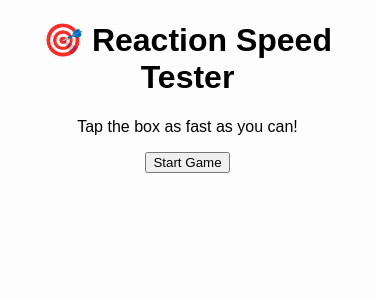
Repository: alokanand524/anand-portfolio
Page: games/emoji-memory/index.html
The author's editor kept a copy of each file at every save. The page is drawn from the files as they stood at one save, then again after the next save.
The browser window is 375 px wide. The pictures show the whole page.

Above is the page before, as saved 2025-07-31 14:40:19.

After the next save:
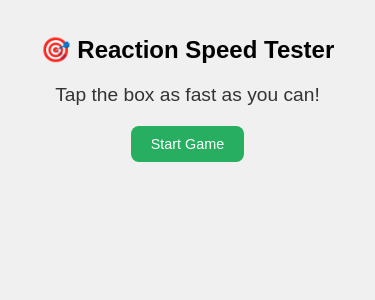
Saved 2 s later.
--- a/games/emoji-memory/style.css
+++ b/games/emoji-memory/style.css
@@ -1,98 +1,75 @@
 body {
-  font-family: sans-serif;
-  background: #fdfdfd;
+  font-family: 'Arial', sans-serif;
+  margin: 0;
+  padding: 0;
+  background: #f0f0f0;
   text-align: center;
-  margin: 0;
+}
+
+.container {
+  padding: 20px;
+  max-width: 500px;
+  margin: auto;
+}
+
+h1 {
+  font-size: 1.8rem;
+  margin-bottom: 10px;
+}
+
+#game-box {
+  width: 100px;
+  height: 100px;
+  background-color: #3498db;
+  position: absolute;
+  display: none;
+  border-radius: 10px;
+  transition: all 0.2s ease-in-out;
+}
+
+#message {
+  margin: 20px 0;
+  font-size: 1.2rem;
+  color: #333;
+}
+
+#results {
+  list-style-type: none;
   padding: 0;
 }
 
-.game-header {
-  padding: 20px;
-  background: #eee;
+#results li {
+  margin: 5px 0;
+  font-size: 1rem;
 }
 
-.stats {
-  margin-top: 10px;
-}
-
-#reset {
-  padding: 5px 10px;
-  margin-left: 10px;
+button {
+  padding: 12px 24px;
+  font-size: 1rem;
+  border: none;
+  background-color: #27ae60;
+  color: white;
+  border-radius: 8px;
   cursor: pointer;
 }
 
-.game-board {
-  display: grid;
-  grid-template-columns: repeat(4, 80px);
-  grid-gap: 15px;
-  justify-content: center;
-  padding: 30px;
+button:hover {
+  background-color: #219150;
 }
 
-.card {
-  width: 80px;
-  height: 80px;
-  font-size: 2rem;
-  background-color: #ccc;
-  border-radius: 10px;
-  cursor: pointer;
-  position: relative;
-  transform-style: preserve-3d;
-  transition: transform 0.5s;
-}
+/* Mobile support */
+@media (max-width: 600px) {
+  #game-box {
+    width: 80px;
+    height: 80px;
+  }
 
-.card.flip {
-  transform: rotateY(180deg);
-}
-
-.card .front,
-.card .back {
-  position: absolute;
-  width: 100%;
-  height: 100%;
-  line-height: 80px;
-  backface-visibility: hidden;
-  border-radius: 10px;
-}
-
-.card .front {
-  background: #ccc;
-}
-
-.card .back {
-  background: white;
-  transform: rotateY(180deg);
-}
-
-.win-screen {
-  display: none;
-  position: fixed;
-  top: 30%;
-  left: 50%;
-  transform: translateX(-50%);
-  background: #fff;
-  padding: 30px;
-  border: 2px solid #333;
-  box-shadow: 0 0 10px rgba(0,0,0,0.3);
-}
-
-@media screen and (max-width: 600px) {
-  .card {
+  h1 {
     font-size: 1.5rem;
   }
 
-  .game-board {
-    grid-template-columns: repeat(4, 1fr);
-    gap: 10px;
-    padding: 10px;
-  }
-
-  #reset {
-    font-size: 14px;
-    padding: 5px 10px;
-  }
-
-  .stats {
-    font-size: 14px;
+  button {
+    font-size: 0.9rem;
+    padding: 10px 20px;
   }
 }
